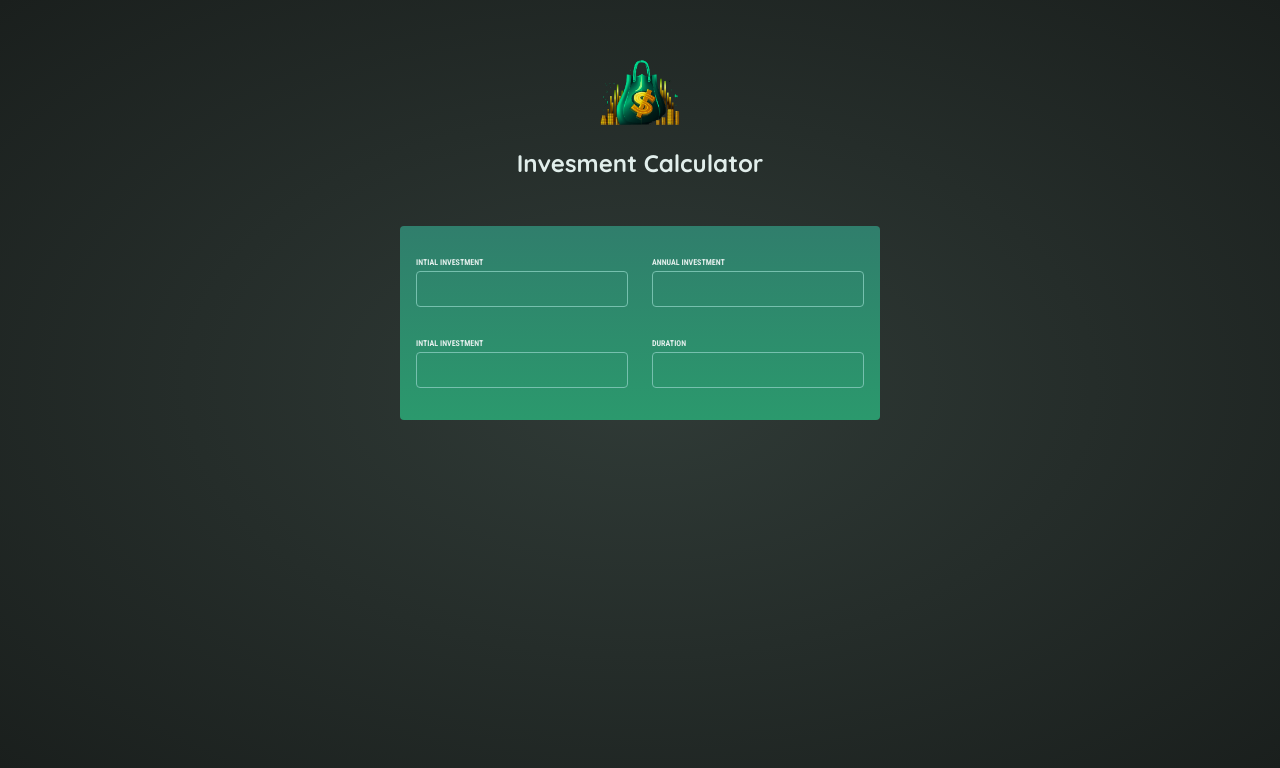
Repository: sibi24sibi/investment-calculator
Page: /
An editor plug-in stored every save of this project. The page is shown before and after the next save, followed by the edit.
The browser window is 1280 px wide. The pictures show the whole page.
The project was rebuilt for these pictures with package versions that can differ from the ones it lists, and the page was loaded fresh each time. Also part of the build but not shown: vite.config.js.

Above is the page before, as saved 2024-05-26 12:02:44.

### src/App.jsx
import logo from "./assets/investment-calculator-logo.png";
import Inputs from "./components/Inputs";
import { useState } from "react";
function App() {


    const [userInput, setUserInput] = useState({
      initialInvestment: 1000,
      annualInvestment: 30,
      expectedReturn: 40,
      duration: 2,
    });

    function handleChange(inputIdentifier, newValue) {
      setUserInput((prevInput) => {
        return {
          ...prevInput,
          [inputIdentifier]: newValue,
        };
      });
    }


  return (
    <>
      <div id="header">
        <img src={logo} alt="" srcset="" />
        <h1>Invesment Calculator</h1>
      </div>
      <Inputs handleChange={handleChange}/>
    </>
  );
}

export default App;

### src/components/Inputs.jsx
export default function userInput({handlechange}) {


  return (
    <section id="user-input">
      <div className="input-group">
        <p>
          <label htmlFor="">Intial investment</label>
          <input
            type="number"
            name="initialInvestment"
            value={userInput.initialInvestment}
            id="initialInvestment"
            handleChange={(event) =>
              handleChange("initialInvestment", event.target.value)
            }
          />
        </p>
        <p>
          <label htmlFor="">Annual Investment</label>
          <input
            type="number"
            name="annualInvestment"
            value={userInput.annualInvestment}
            id="annualInvestment"
            handleChange={(event) =>
              handleChange("annualInvestment", event.target.value)
            }
          />
        </p>
      </div>
      <div className="input-group">
        <p>
          <label htmlFor="">Intial investment</label>
          <input
            type="number"
            name="expectedReturn"
            value={userInput.expectedReturn}
            id="expectedReturn"
            handleChange={(event) =>
              handleChange("expectedReturn", event.target.value)
            }
          />
        </p>
        <p>
          <label htmlFor="">Duration</label>
          <input
            type="number"
            name="duration"
            value={userInput.duration}
            id="duration"
            handleChange={(event) =>
              handleChange("duration", event.target.value)
            }
          />
        </p>
      </div>
    </section>
  );
}

Loaded but not shown: index.html (common file); src/index.jsx (common file); src/index.css (common file)

After the next save:
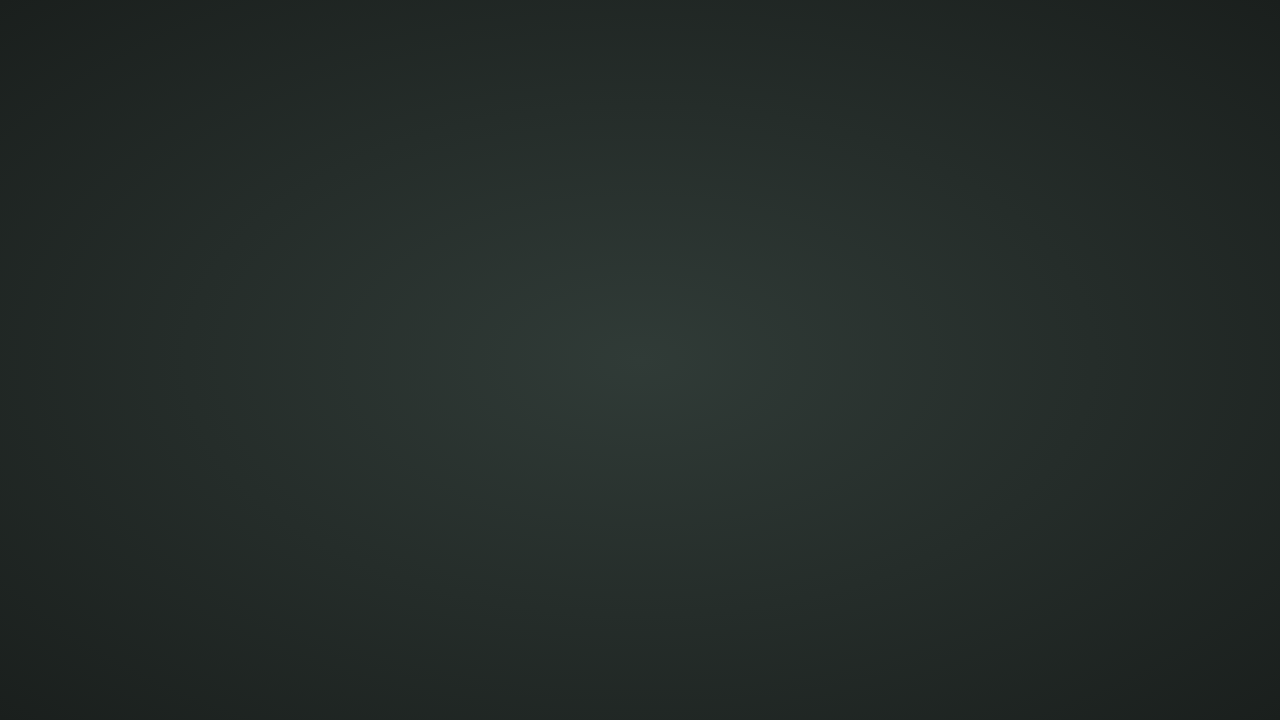
Console error: TypeError: Cannot read properties of undefined (reading 'initialInvestment')
Saved 42 s later.
--- a/src/components/Inputs.jsx
+++ b/src/components/Inputs.jsx
@@ -1,4 +1,4 @@
-export default function userInput({handlechange}) {
+export default function userInput({handleChange ,userInput}) {
 
 
   return (

After the save that followed:
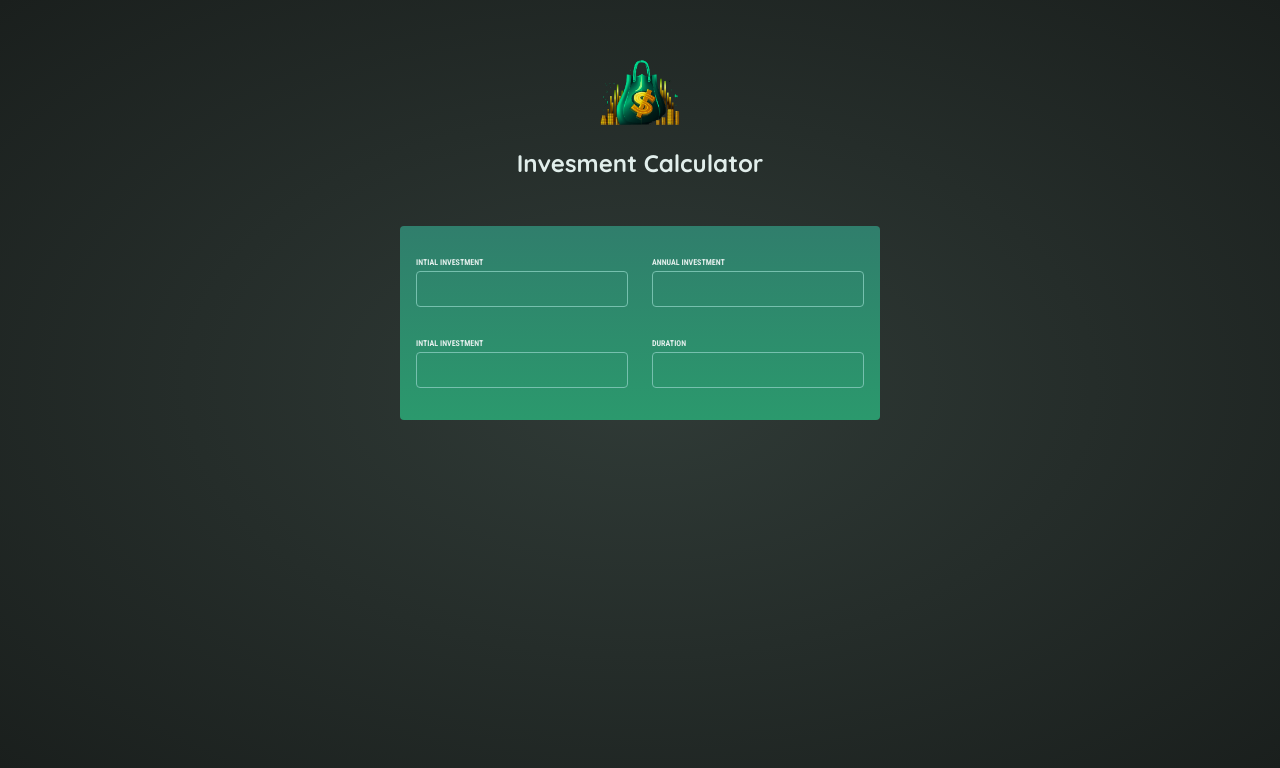
The error is gone.
Saved 5 s later.
--- a/src/components/Inputs.jsx
+++ b/src/components/Inputs.jsx
@@ -1,4 +1,4 @@
-export default function userInput({handleChange ,userInput}) {
+export default function userInput({handleChange }) {
 
 
   return (
